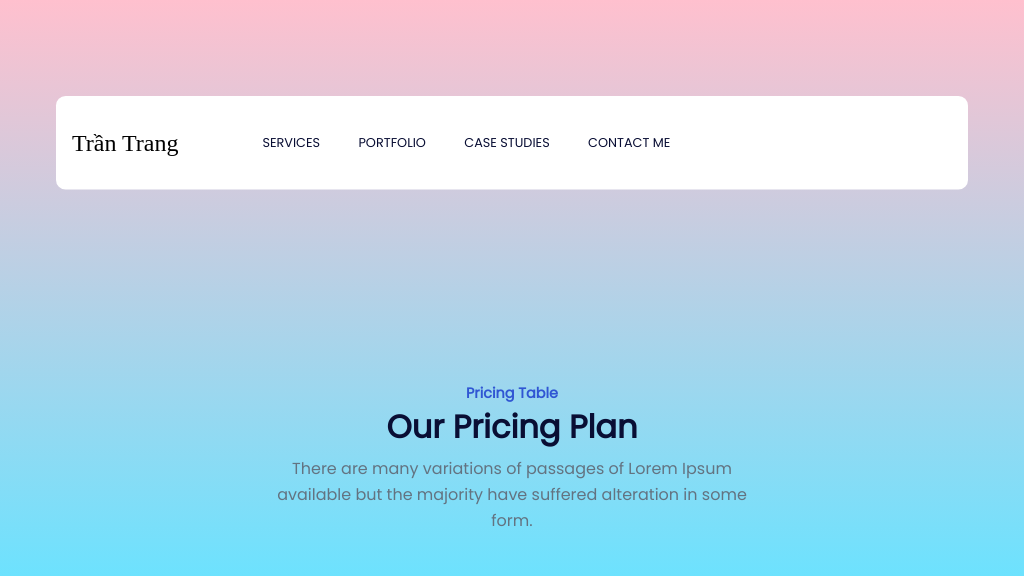
Repository: trantrang2101/CV
Page: index.html
The author's editor kept a copy of each file at every save. The page is drawn from the files as they stood at one save, then again after the next save.
The browser window is 1280 px wide. The pictures show the whole page, at 80% of full size.
An inner scrolling area shows only its first screen. Some web fonts or font styles are not loaded; a fallback is used.

Above is the page before, as saved 2022-07-13 19:10:44.
Console error: TypeError: Cannot read properties of null (reading 'offsetTop')

### index.html
<!DOCTYPE html>
<html lang="en" class="scroll-smooth">

<head>
    <meta charset="UTF-8" />
    <meta http-equiv="X-UA-Compatible" content="IE=edge" />
    <meta name="viewport" content="width=device-width, initial-scale=1.0" />
    <title>
        Play | Free Tailwind CSS Template for Startup and SaaS By TailGrids
    </title>
    <link rel="shortcut icon" href="assets/images/favicon.png" type="image/x-icon" />
    <link rel="stylesheet" href="assets/css/animate.css" />
    <link rel="stylesheet" href="assets/css/tailwind.css" />
    <link rel="stylesheet" href="assets/css/style.css" />

    <script src="assets/js/wow.min.js"></script>
    <script>
        new WOW().init();
    </script>
</head>

<body>
    <section id="home" class="pt-20 lg:pt-[120px] pb-20 lg:pb-[120px]">
        <div class="container">
            <div class="bg-white shadow-xl shadow-dark dark:shadow-xl dark:shadow-light wow fadeInUp rounded-xl"
                data-wow-delay=".2s" style="visibility: visible; animation-delay: 0.2s">
                <div class="flex -mx-4 px-5 items-center justify-between relative">
                    <div class="w-60 max-w-full">
                        <a href="#home" class="navbar-logo w-full block py-5">
                            <h1 class="font-script p-4">Trần Trang</h1>
                        </a>
                    </div>
                    <div class="flex justify-between items-center w-full">
                        <div>
                            <button id="navbarToggler"
                                class="block absolute mx-4 right-4 top-1/2 -translate-y-1/2 lg:hidden focus:ring-2 ring-primary px-3 py-[6px] rounded-lg">
                                <span class="relative w-[30px] h-[2px] my-[6px] block bg-dark"></span>
                                <span class="relative w-[30px] h-[2px] my-[6px] block bg-dark"></span>
                                <span class="relative w-[30px] h-[2px] my-[6px] block bg-dark"></span>
                            </button>
                            <nav id="navbarCollapse"
                                class="absolute py-5 lg:py-0 lg:px-4 xl:px-6 bg-white lg:bg-transparent shadow-lg rounded-lg max-w-[250px] w-full lg:max-w-full lg:w-full right-4 top-full hidden lg:block lg:static lg:shadow-none">
                                <ul class="blcok lg:flex">
                                    <li class="relative group">
                                        <a href="#services"
                                            class="ud-menu-scroll text-base text-dark lg:group-hover:opacity-70 lg:group-hover:text-dark group-hover:text-primary py-2 lg:py-6 lg:inline-flex lg:px-0 flex mx-8 lg:mr-0">
                                            SERVICES
                                        </a>
                                    </li>
                                    <li class="relative group">
                                        <a href="#portfolio"
                                            class="ud-menu-scroll text-base text-dark lg:text-dark lg:group-hover:opacity-70 lg:group-hover:text-dark group-hover:text-primary py-2 lg:py-6 lg:inline-flex lg:px-0 flex mx-8 lg:mr-0 lg:ml-7 xl:ml-12">
                                            PORTFOLIO
                                        </a>
                                    </li>
                                    <li class="relative group">
                                        <a href="#case"
                                            class="ud-menu-scroll text-base text-dark lg:text-dark lg:group-hover:opacity-70 lg:group-hover:text-dark group-hover:text-primary py-2 lg:py-6 lg:inline-flex lg:px-0 flex mx-8 lg:mr-0 lg:ml-7 xl:ml-12">
                                            CASE STUDIES
                                        </a>
                                    </li>
                                    <li class="relative group">
                                        <a href="#contact"
                                            class="ud-menu-scroll text-base text-dark lg:text-dark lg:group-hover:opacity-70 lg:group-hover:text-dark group-hover:text-primary py-2 lg:py-6 lg:inline-flex lg:px-0 flex mx-8 lg:mr-0 lg:ml-7 xl:ml-12">
                                            CONTACT ME
                                        </a>
                                    </li>
                                </ul>
                            </nav>
                        </div>
                    </div>
                </div>
            </div>
        </div>
    </section>
    <section id="services" class="pt-20 lg:pt-[120px] pb-12 lg:pb-[90px] relative z-20 overflow-hidden">
        <div class="container">
            <div class="flex flex-wrap -mx-4">
                <div class="w-full px-4">
                    <div class="text-center mx-auto mb-[60px] lg:mb-20 max-w-[620px]">
                        <span class="font-semibold text-lg text-primary mb-2 block">
                            Pricing Table
                        </span>
                        <h2 class="font-bold text-3xl sm:text-4xl md:text-[40px] text-dark mb-4">
                            Our Pricing Plan
                        </h2>
                        <p class="text-lg sm:text-xl leading-relaxed sm:leading-relaxed text-body-color">
                            There are many variations of passages of Lorem Ipsum available
                            but the majority have suffered alteration in some form.
                        </p>
                    </div>
                </div>
            </div>

            <div class="flex flex-wrap items-center justify-center">
                <div class="w-full md:w-1/2 lg:w-1/3">
                    <div class="bg-white rounded-xl relative z-10 overflow-hidden border border-primary border-opacity-20 shadow-pricing py-10 px-8 sm:p-12 lg:py-10 lg:px-6 xl:p-12 mb-10 text-center wow fadeInUp"
                        data-wow-delay=".15s
              " style="visibility: visible; animation-delay: 0.15s">
                        <span class="text-dark font-medium text-base uppercase block mb-2">
                            STARTING FROM
                        </span>
                        <h2 class="font-semibold text-primary mb-9 text-[28px]">
                            $ 19.99/mo
                        </h2>

                        <div class="mb-10">
                            <p class="text-base font-medium text-body-color leading-loose mb-1">
                                1 User
                            </p>
                            <p class="text-base font-medium text-body-color leading-loose mb-1">
                                All UI components
                            </p>
                            <p class="text-base font-medium text-body-color leading-loose mb-1">
                                Lifetime access
                            </p>
                            <p class="text-base font-medium text-body-color leading-loose mb-1">
                                Free updates
                            </p>
                            <p class="text-base font-medium text-body-color leading-loose mb-1">
                                Use on 1 (one) project
                            </p>
                            <p class="text-base font-medium text-body-color leading-loose mb-1">
                                3 Months support
                            </p>
                        </div>
                        <div class="w-full">
                            <a href="javascript:void(0)"
                                class="inline-block text-base font-medium text-primary bg-transparent border border-[#D4DEFF] rounded-full text-center py-4 px-11 hover:text-white hover:bg-primary hover:border-primary transition duration-300 ease-in-out">
                                Purchase Now
                            </a>
                        </div>
                        <span class="absolute left-0 bottom-0 z-[-1] w-14 h-14 rounded-tr-full block bg-primary">
                        </span>
                    </div>
                </div>
                <div class="w-full md:w-1/2 lg:w-1/3">
                    <div class="bg-primary bg-gradient-to-b from-primary to-[#179BEE] rounded-xl relative z-10 overflow-hidden shadow-pricing py-10 px-8 sm:p-12 lg:py-10 lg:px-6 xl:p-12 mb-10 text-center wow fadeInUp"
                        data-wow-delay=".1s
              " style="visibility: visible; animation-delay: 0.1s">
                        <span
                            class="inline-block py-2 px-6 border border-white rounded-full text-base font-semibold text-primary bg-white uppercase mb-5">
                            POPULAR
                        </span>
                        <span class="text-white font-medium text-base uppercase block mb-2">
                            STARTING FROM
                        </span>
                        <h2 class="font-semibold text-white mb-9 text-[28px]">
                            $ 19.99/mo
                        </h2>

                        <div class="mb-10">
                            <p class="text-base font-medium text-white leading-loose mb-1">
                                5 User
                            </p>
                            <p class="text-base font-medium text-white leading-loose mb-1">
                                All UI components
                            </p>
                            <p class="text-base font-medium text-white leading-loose mb-1">
                                Lifetime access
                            </p>
                            <p class="text-base font-medium text-white leading-loose mb-1">
                                Free updates
                            </p>
                            <p class="text-base font-medium text-white leading-loose mb-1">
                                Use on 1 (one) project
                            </p>
                            <p class="text-base font-medium text-white leading-loose mb-1">
                                4 Months support
                            </p>
                        </div>
                        <div class="w-full">
                            <a href="javascript:void(0)"
                                class="inline-block text-base font-medium text-dark bg-white border border-white rounded-full text-center py-4 px-11 hover:text-white hover:bg-dark hover:border-dark transition duration-300 ease-in-out">
                                Purchase Now
                            </a>
                        </div>
                    </div>
                </div>
                <div class="w-full md:w-1/2 lg:w-1/3">
                    <div class="bg-white rounded-xl relative z-10 overflow-hidden border border-primary border-opacity-20 shadow-pricing py-10 px-8 sm:p-12 lg:py-10 lg:px-6 xl:p-12 mb-10 text-center wow fadeInUp"
                        data-wow-delay=".15s
              " style="visibility: visible; animation-delay: 0.15s">
                        <span class="text-dark font-medium text-base uppercase block mb-2">
                            STARTING FROM
                        </span>
                        <h2 class="font-semibold text-primary mb-9 text-[28px]">
                            $ 70.99/mo
                        </h2>

                        <div class="mb-10">
                            <p class="text-base font-medium text-body-color leading-loose mb-1">
                                1 User
                            </p>
                            <p class="text-base font-medium text-body-color leading-loose mb-1">
                                All UI components
                            </p>
                            <p class="text-base font-medium text-body-color leading-loose mb-1">
                                Lifetime access
                            </p>
                            <p class="text-base font-medium text-body-color leading-loose mb-1">
                                Free updates
                            </p>
                            <p class="text-base font-medium text-body-color leading-loose mb-1">
                                Use on unlimited project
                            </p>
                            <p class="text-base font-medium text-body-color leading-loose mb-1">
                                4 Months support
                            </p>
                        </div>
                        <div class="w-full">
                            <a href="javascript:void(0)"
                                class="inline-block text-base font-medium text-primary bg-transparent border border-[#D4DEFF] rounded-full text-center py-4 px-11 hover:text-white hover:bg-primary hover:border-primary transition duration-300 ease-in-out">
                                Purchase Now
                            </a>
                        </div>
                        <span class="absolute right-0 top-0 z-[-1] w-14 h-14 rounded-bl-full block bg-secondary">
                        </span>
                    </div>
                </div>
            </div>
        </div>
    </section>
    <script src="assets/js/main.js"></script>
    <script>
        const pageLink = document.querySelectorAll(".ud-menu-scroll");
        pageLink.forEach((elem) => {
            elem.addEventListener("click", (e) => {
                e.preventDefault();
                document.querySelector(elem.getAttribute("href")).scrollIntoView({
                    behavior: "smooth",
                    offsetTop: 1 - 60,
                });
            });
        });

        // section menu active
        function onScroll(event) {
            const sections = document.querySelectorAll(".ud-menu-scroll");
            const scrollPos =
                window.pageYOffset ||
                document.documentElement.scrollTop ||
                document.body.scrollTop;

            for (let i = 0; i < sections.length; i++) {
                const currLink = sections[i];
                const val = currLink.getAttribute("href");
                const refElement = document.querySelector(val);
                const scrollTopMinus = scrollPos + 73;
                if (
                    refElement.offsetTop <= scrollTopMinus &&
                    refElement.offsetTop + refElement.offsetHeight > scrollTopMinus
                ) {
                    document
                        .querySelector(".ud-menu-scroll")
                        .classList.remove("active");
                    currLink.classList.add("active");
                } else {
                    currLink.classList.remove("active");
                }
            }
        }

        window.document.addEventListener("scroll", onScroll);
    </script>
</body>

</html>

### assets/css/style.css
html,
body {
  width: 100%;
  height: 100%;
}
body {
  position: fixed;
  top: 0;
  left: 0;
  overflow: scroll;
  width: 100%;
  height: 100%;
  background: linear-gradient(180deg, #ffc0ce 0%, #6de2fe 100%);
  background-repeat: no-repeat;
  background-size: cover;
}
.font-script {
  font-family: "Imperial Script" !important;
}
h1.font-script {
  font-size: 30px;
}

### assets/js/main.js
(function () {
  "use strict";

  // ======= Sticky
  window.onscroll = function () {
    const ud_header = document.querySelector(".ud-header");
    const sticky = ud_header.offsetTop;
    const logo = document.querySelector(".header-logo");

    if (window.pageYOffset > sticky) {
      ud_header.classList.add("sticky");
    } else {
      ud_header.classList.remove("sticky");
    }

    // === logo change
    if (ud_header.classList.contains("sticky")) {
      logo.src = "assets/images/logo/logo.svg";
    } else {
      logo.src = "assets/images/logo/logo-white.svg";
    }

    // show or hide the back-top-top button
    const backToTop = document.querySelector(".back-to-top");
    if (
      document.body.scrollTop > 50 ||
      document.documentElement.scrollTop > 50
    ) {
      backToTop.style.display = "flex";
    } else {
      backToTop.style.display = "none";
    }
  };

  // ===== responsive navbar
  let navbarToggler = document.querySelector("#navbarToggler");
  const navbarCollapse = document.querySelector("#navbarCollapse");

  navbarToggler.addEventListener("click", () => {
    navbarToggler.classList.toggle("navbarTogglerActive");
    navbarCollapse.classList.toggle("hidden");
  });

  //===== close navbar-collapse when a  clicked
  document
    .querySelectorAll("#navbarCollapse ul li:not(.submenu-item) a")
    .forEach((e) =>
      e.addEventListener("click", () => {
        navbarToggler.classList.remove("navbarTogglerActive");
        navbarCollapse.classList.add("hidden");
      })
    );

  // ===== Sub-menu
  const submenuItems = document.querySelectorAll(".submenu-item");
  submenuItems.forEach((el) => {
    el.querySelector("a").addEventListener("click", () => {
      el.querySelector(".submenu").classList.toggle("hidden");
    });
  });

  // ===== Faq accordion
  const faqs = document.querySelectorAll(".single-faq");
  faqs.forEach((el) => {
    el.querySelector(".faq-btn").addEventListener("click", () => {
      el.querySelector(".icon").classList.toggle("rotate-180");
      el.querySelector(".faq-content").classList.toggle("hidden");
    });
  });

  // ===== wow js
  new WOW().init();

  // ====== scroll top js
  function scrollTo(element, to = 0, duration = 500) {
    const start = element.scrollTop;
    const change = to - start;
    const increment = 20;
    let currentTime = 0;

    const animateScroll = () => {
      currentTime += increment;

      const val = Math.easeInOutQuad(currentTime, start, change, duration);

      element.scrollTop = val;

      if (currentTime < duration) {
        setTimeout(animateScroll, increment);
      }
    };

    animateScroll();
  }

  Math.easeInOutQuad = function (t, b, c, d) {
    t /= d / 2;
    if (t < 1) return (c / 2) * t * t + b;
    t--;
    return (-c / 2) * (t * (t - 2) - 1) + b;
  };

  // document.querySelector(".back-to-top").onclick = () => {
  //   scrollTo(document.documentElement);
  // };
})();

Loaded but not shown: assets/css/animate.css (library); assets/css/tailwind.css (library); assets/js/wow.min.js (library)

After the next save:
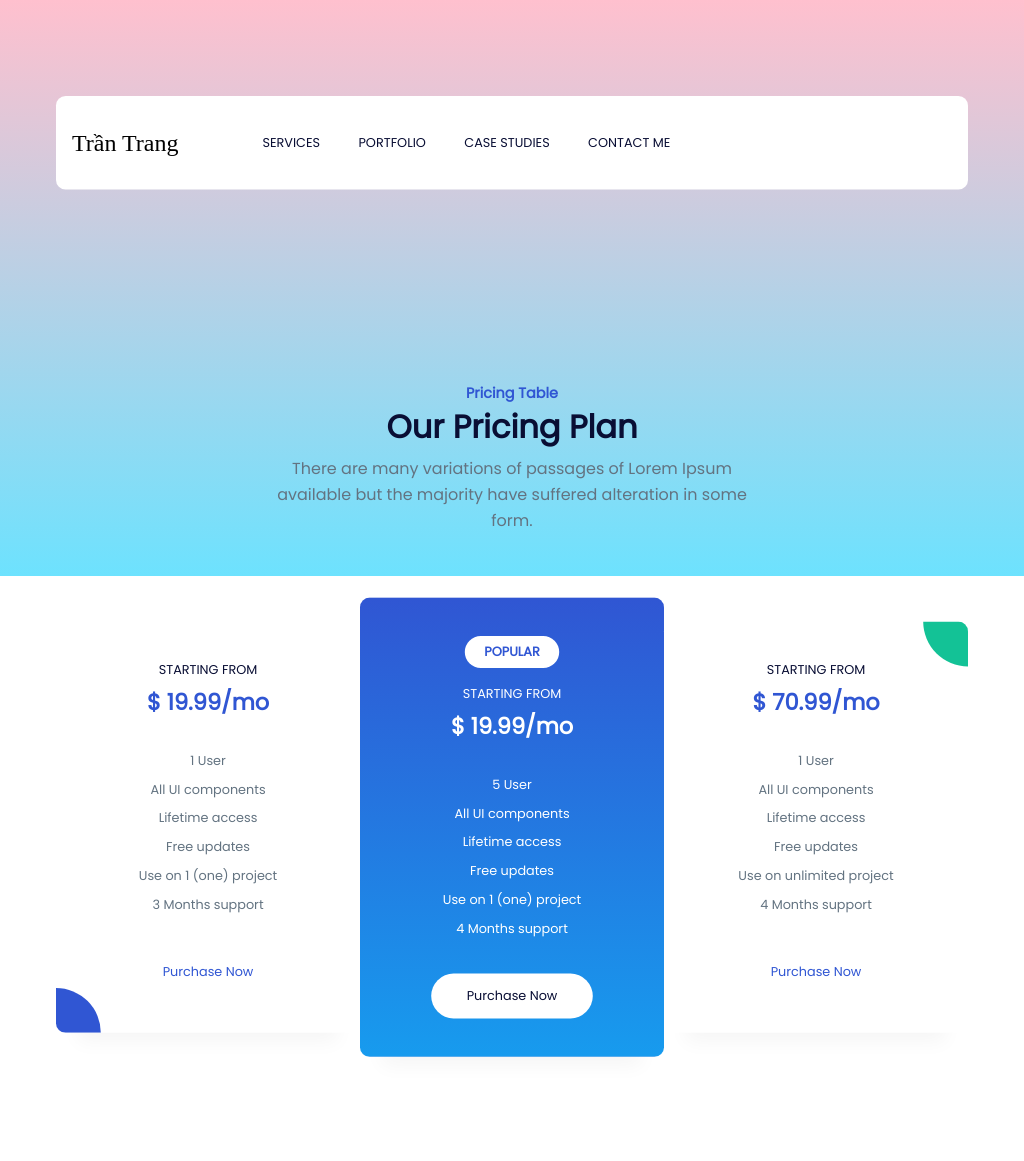
Saved 5 s later.
--- a/assets/css/style.css
+++ b/assets/css/style.css
@@ -4,10 +4,6 @@
   height: 100%;
 }
 body {
-  position: fixed;
-  top: 0;
-  left: 0;
-  overflow: scroll;
   width: 100%;
   height: 100%;
   background: linear-gradient(180deg, #ffc0ce 0%, #6de2fe 100%);

After the 3 saves that followed:
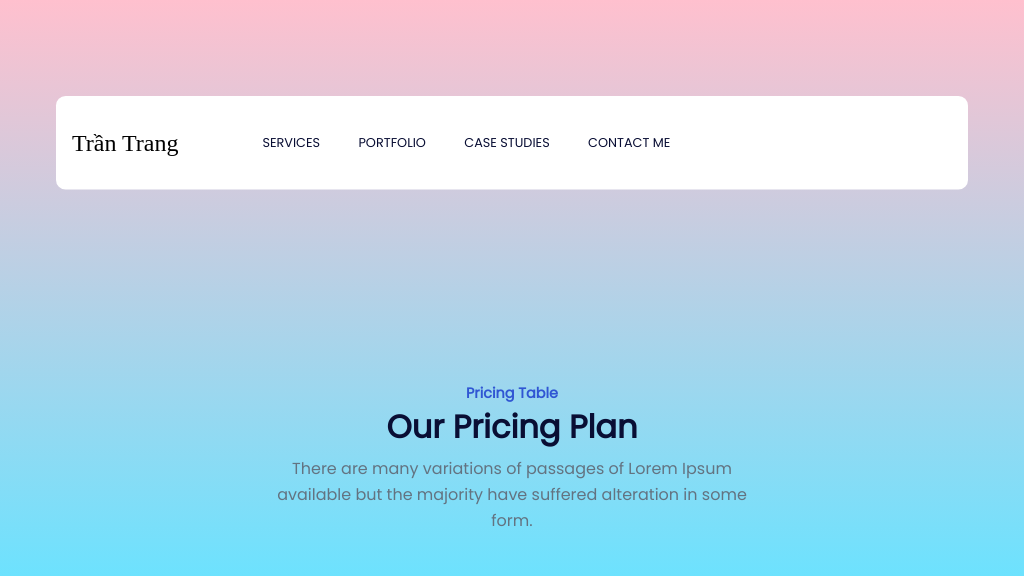
The 3 saves are shown as one change because 2 left the picture as it was.
The last was saved 112 s later.
--- a/assets/css/style.css
+++ b/assets/css/style.css
@@ -3,12 +3,15 @@
   width: 100%;
   height: 100%;
 }
+html,
 body {
   width: 100%;
   height: 100%;
+  overflow: auto;
   background: linear-gradient(180deg, #ffc0ce 0%, #6de2fe 100%);
   background-repeat: no-repeat;
-  background-size: cover;
+  background-position: center top;
+  background-size: contain;
 }
 .font-script {
   font-family: "Imperial Script" !important;
